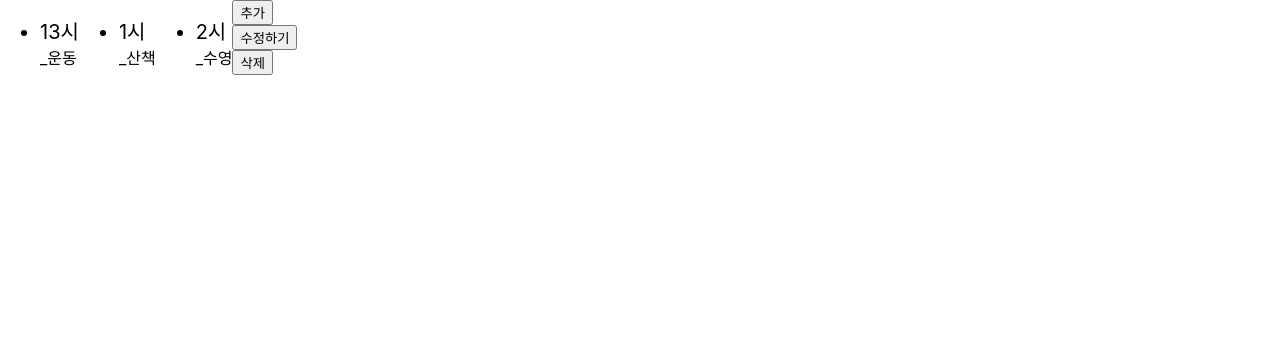
Repository: 0gunkim/REACT-TODO-PRAC
Page: / (app in todo/)
An editor plug-in stored every save of this project. The page is shown before and after the next save, followed by the edit.
The browser window is 1280 px wide. The pictures show the whole page.
The project was rebuilt for these pictures with package versions that can differ from the ones it lists, and the page was loaded fresh each time.

Above is the page before, as saved 2023-01-04 15:39:26.

### todo/src/App.js
import TodoList from "./pages/TodoList";


function App() {
  return (
    <div className="App">
   <TodoList></TodoList>
    </div>
  );
}

export default App;

### todo/src/pages/TodoList.jsx
import React from 'react';
import { useState } from 'react';
import { initialTodo } from '../util/initialTodo';
import { AddButton } from '../components/AddButton';
import { EditButton } from '../components/EditButton';
import { DeleteButton } from '../components/DeleteButton';
import styled from 'styled-components';
export default function TodoList() {
    const [todo, setTodo] = useState(initialTodo)
    console.log(todo)
    return (
        <STContainer>
            {todo.map((list)=>{
                return(
                <div key={list.id}>
                    <ul>
                        <STList>
                            <STTime>{list.time}시 </STTime><div>_{list.title}</div>
                        </STList>
                    </ul>
                </div>

                )})}
                <STButton>
                <AddButton todo={todo} setTodo={setTodo} />
                <EditButton todo={todo} setTodo={setTodo} />
                <DeleteButton todo={todo} setTodo={setTodo} />
                </STButton>

        </STContainer>
    );
}
const STContainer = styled.div`
    display: flex;

`
const STTime = styled.li`
    font-size: 20px;
`
const STList = styled.div`
    display: flex;
    flex-direction: column;
`
const STButton = styled.div`
    /* display: flex; */
`

### todo/src/util/initialTodo.js
export const initialTodo = [
{
    id: 1,
    title: '운동',
    time: '13',
},
{
    id: 2,
    title: '산책',
    time: '1',
},
{
    id: 3,
    title: '수영',
    time: '2',
},
]

### todo/src/components/AddButton.jsx
import React from 'react';
import { nanoid } from 'nanoid'

export const AddButton = (props) => {
    const id = nanoid()
    const {todo, setTodo} = props;
    console.log(todo)
    const addHandlerButton = () => {
        const ff = prompt(`오늘의 할일은?`);
        const time = prompt(`몇시 (숫자만 입력)`);
        setTodo(() => (
            [...todo, {title: ff, time ,id}]
        ))
    };
    return(
        <div>
        <button onClick={addHandlerButton}>추가</button>
        </div>
    );
};

### todo/src/components/EditButton.jsx
import React from 'react';

export const EditButton = (props) => {
    const editHandlerButton = () => {
        const {todo, setTodo} = props;
        const editId = prompt(`몇시를 수정하고 싶나요? (숫자만 입력해주세요)`);
        const current = prompt(`수정하고싶은 일을 적어주세요`);
        setTodo(todo.map((i) => {
            if(i.time === editId){
                return {...i, title: current}
            }
           return i;
        }))
    };
    return(
        <div>
            <button onClick={editHandlerButton}>수정하기</button>
        </div>
    );
};

### todo/src/components/DeleteButton.jsx
import React from 'react';

export const DeleteButton = () => {
    return(
        <div>
            <button>삭제</button>
        </div>
    );
};

Loaded but not shown: todo/public/index.html (common file); todo/src/index.js (common file); todo/src/index.css (common file); todo/src/reportWebVitals.js (common file)

After the next save:
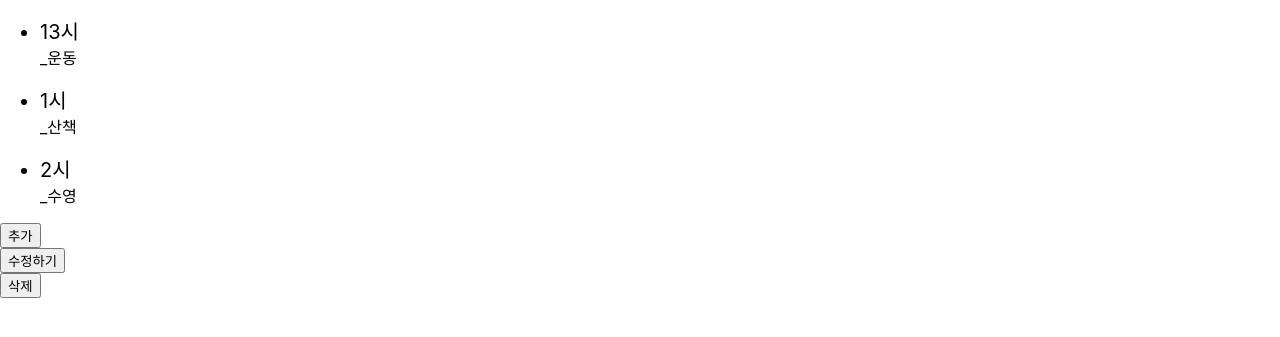
Saved 7 s later.
--- a/todo/src/pages/TodoList.jsx
+++ b/todo/src/pages/TodoList.jsx
@@ -31,7 +31,7 @@ export default function TodoList() {
     );
 }
 const STContainer = styled.div`
-    display: flex;
+    /* display: flex; */
 
 `
 const STTime = styled.li`
